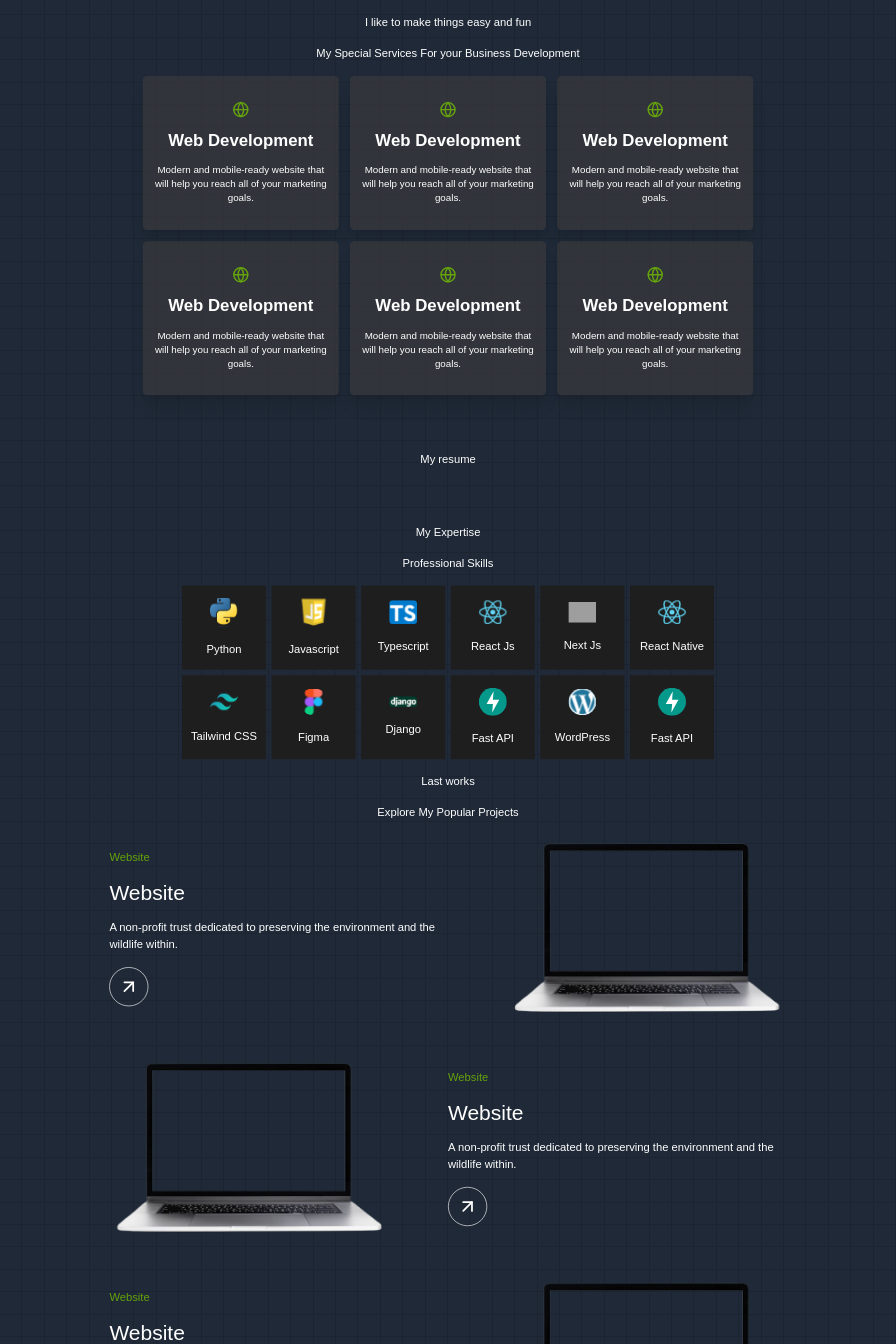
Repository: BrunelDev/portfolioV2
Page: /
The author's editor kept a copy of each file at every save. The page is drawn from the files as they stood at one save, then again after the next save.
The browser window is 1280 px wide. The pictures show the part of the page from y = 1291 to 3211 px (the page is 5012 px tall), at 70% of full size.
Pictures or frames that could not be fetched are drawn as grey boxes. The project was rebuilt for these pictures with package versions that can differ from the ones it lists, and the page was loaded fresh each time. The framework's server and built-in components were replaced by stand-ins that run in the browser. Also part of the build but not shown: next.config.ts.

Above is the page before, as saved 2024-12-06 09:18:01.

### app/layout.tsx
import type { Metadata } from "next";
import localFont from "next/font/local";
import "./globals.css";
import {BackgroundBeams} from "@/components/ui/background-beams"

const geistSans = localFont({
  src: "./fonts/GeistVF.woff",
  variable: "--font-geist-sans",
  weight: "100 900",
});
const geistMono = localFont({
  src: "./fonts/GeistMonoVF.woff",
  variable: "--font-geist-mono",
  weight: "100 900",
});

export const metadata: Metadata = {
  title: "Create Next App",
  description: "Generated by create next app",
};

export default function RootLayout({
  children,
}: Readonly<{
  children: React.ReactNode;
}>) {
  return (
    <html lang="en">
      <body
        className={`${geistSans.variable} ${geistMono.variable} antialiased bg-gray-800 selection:bg-lime-600 text-white dark:bg-grid-white/[0.2] bg-grid-black/[0.2]`}


      >
        {children}
        <BackgroundBeams  />
      </body>
    </html>
  );
}

### app/components/footer.tsx
"use client"
import { ChevronsUp } from "lucide-react";
import Link from "next/link";

export function Footer() {
  const scrollToTop = (event: React.MouseEvent<HTMLAnchorElement>) => {
    event.preventDefault();
    const element = document.getElementById("top");
    if (element) {
      element.scrollIntoView({ behavior: "smooth" });
    }
  };
  return (
    <div className="flex px-20 py-6 justify-between items-center bg-[#252525af] relative">
      <h6>Copyright @2024, Wilson Kinyua. All Rights Reserved</h6>
      <Link
        href={"#top"}
        onClick={(e) => {
          scrollToTop(e);
        }}
      >
        <div className="bg-lime-600 rounded-lg w-[60px] h-[60px] flex justify-center items-center absolute top-0 -translate-y-1/2 left-1/2 -translate-x-1/2">
          <ChevronsUp size={40} />
        </div>
      </Link>

      <ul className="flex space-x-3">
        <li className="hover:text-lime-600 duration-300">
          <a href="#home">Home</a>
        </li>
        <li className="hover:text-lime-600 duration-300">
          <a href="#about">About</a>
        </li>
        <li className="hover:text-lime-600 duration-300">
          <a href="#contact">Contact</a>
        </li>
        <li className="hover:text-lime-600 duration-300">
          <a href="#services">Services</a>
        </li>
        <li className="hover:text-lime-600 duration-300">
          <a href="#blog">Resume</a>
        </li>
        <li className="hover:text-lime-600 duration-300">
          <a href="#login">Skills</a>
        </li>
        <li className="hover:text-lime-600 duration-300">
          <a href="#logout">Projects</a>
        </li>
      </ul>
    </div>
  );
}

### app/components/input.tsx
import { Input } from "@/components/ui/input";
import { Label } from "@/components/ui/label";

export function InputComponent({
  placeholder = "",
  label = "",
  handleChange,
  height = "",
}: {
  placeholder: string;
  label: string;
  handleChange: (value: string) => void;
  height: string;
}) {
  return (
    <div className="grid w-full items-center gap-1.5 ">
      <Label htmlFor="email">{label}</Label>
      <Input
        className={`h-full w-full ${height ? height : ""}`}
        type="email"
        id="email"
        placeholder={placeholder}
        onChange={(e) => {
          handleChange(e.target.value);
        }}
      />
    </div>
  );
}

### app/components/navbar.tsx
import {
  BriefcaseBusiness,
  Contact,
  FileText,
  House,
  Layers,
  PencilRuler,
  UserRoundSearch,
} from "lucide-react";
import { Button } from "@/components/ui/button"
export function Navbar() {
  return (
    <div className="w-[90%] m-auto flex justify-between my-6" id="top">
      <h6>
        <span className="text-lime-600">A</span>HOKPOSSI{" "}
        <span className="text-lime-600">B</span>runel
      </h6>
      <ul className="flex space-x-3">
        <li className="hover:text-lime-600 duration-300">
          <a href="#home">Home</a>
        </li>
        <li className="hover:text-lime-600 duration-300">
          <a href="#about">About</a>
        </li>
        <li className="hover:text-lime-600 duration-300">
          <a href="#contact">Contact</a>
        </li>
        <li className="hover:text-lime-600 duration-300">
          <a href="#services">Services</a>
        </li>
        <li className="hover:text-lime-600 duration-300">
          <a href="#blog">Resume</a>
        </li>
        <li className="hover:text-lime-600 duration-300">
          <a href="#login">Skills</a>
        </li>
        <li className="hover:text-lime-600 duration-300">
          <a href="#logout">Projects</a>
        </li>
      </ul>
      <Button variant="gooeyLeft" className=" bg-lime-600 rounded-md px-4 py-1 hover:bg-lime-900 hover:scale-105 duration-300 h-fit">
        Hire Me
      </Button>
    </div>
  );
}

export function FloatingNavBar() {
  return (
    <div className="w-[250px] md:w-1/3 fixed left-1/2 -translate-x-1/2 bottom-10 bg-[#4d4d4ea1] rounded-lg p-4 flex justify-around">
      <House />
      <UserRoundSearch />
      <Contact />
      <BriefcaseBusiness />
      <FileText />
      <PencilRuler />
      <Layers />
    </div>
  );
}

### app/components/serviceComponent.tsx
import { LucideIcon } from "lucide-react";

export function ServiceComponent({
  icon: Icon,
  title,
  description,
}: {
  icon: LucideIcon;
  title: string;
  description: string;
}) {
  return (
    <div className="flex flex-col space-y-4 p-4 w-[280px] h-[220px] justify-center items-center bg-[#3e3d3d98] rounded-md shadow-xl ">
      <Icon color="#65a30d"/>
      <h2 className="text-2xl font-bold">{title}</h2>
      <p className="text-center text-sm">{description}</p>
    </div>
  );
}

### app/components/skillCard.tsx
import Image from "next/image";

export function SkillCard({
  skill,
}: {
  skill: { image: string; title: string };
}) {
  return (
    <div className="#1E1E1E flex flex-col justify-center items-center w-[120px] h-[120px] space-y-5 bg-[#1E1E1E]">
      <Image src={skill.image} alt={skill.title} width={40} height={50} />
      <h3>{skill.title}</h3>
    </div>
  );
}

### app/components/workSection.tsx
import { ArrowUpRight } from "lucide-react";
import Image from "next/image";

export function WorkSection({
  work,
  reversed,
}: {
  work: { image: string; category: string; title: string; description: string };
  reversed: boolean;
}) {
  return (
    <div
      className={`flex ${
        reversed ? "flex-row-reverse" : "flex-row"
      } justify-between w-full`}
    >
        <Image src={work.image} width={400} height={600} alt="blank PC" />
      <div className="w-1/2 flex flex-col space-y-5 self-center">
        <h6 className="text-lime-600">{work.category}</h6>
        <h1 className="text-3xl">{work.category}</h1>
              <h6>{work.description}</h6>
              <div className="h-14 w-14 flex justify-center items-center rounded-full border hover:animate-pulse duration-75">
        <ArrowUpRight size={30}/>

              </div>
      </div>
    </div>
  );
}

### components/ui/button.tsx
import * as React from "react";
import { Slot, Slottable } from "@radix-ui/react-slot";
import { cva, type VariantProps } from "class-variance-authority";
import { cn } from "@/lib/utils";

const buttonVariants = cva(
  "inline-flex items-center justify-center whitespace-nowrap rounded-md text-sm font-medium ring-offset-background transition-colors focus-visible:outline-none focus-visible:ring-2 focus-visible:ring-ring focus-visible:ring-offset-2 disabled:pointer-events-none disabled:opacity-50",
  {
    variants: {
      variant: {
        default: "bg-primary text-primary-foreground hover:bg-primary/90",
        destructive:
          "bg-destructive text-destructive-foreground hover:bg-destructive/90",
        outline:
          "border border-input bg-background hover:bg-accent hover:text-accent-foreground",
        secondary:
          "bg-secondary text-secondary-foreground hover:bg-secondary/80",
        ghost: "hover:bg-accent hover:text-accent-foreground",
        link: "text-primary underline-offset-4 hover:underline",
        expandIcon:
          "group relative text-primary-foreground bg-primary hover:bg-primary/90",
        ringHover:
          "bg-primary text-primary-foreground transition-all duration-300 hover:bg-primary/90 hover:ring-2 hover:ring-primary/90 hover:ring-offset-2",
        shine:
          "text-primary-foreground animate-shine bg-gradient-to-r from-primary via-primary/75 to-primary bg-[length:400%_100%] ",
        gooeyRight:
          "text-primary-foreground relative bg-primary z-0 overflow-hidden transition-all duration-500 before:absolute before:inset-0 before:-z-10 before:translate-x-[150%] before:translate-y-[150%] before:scale-[2.5] before:rounded-[100%] before:bg-gradient-to-r from-zinc-400 before:transition-transform before:duration-1000  hover:before:translate-x-[0%] hover:before:translate-y-[0%] ",
        gooeyLeft:
          "text-primary-foreground relative bg-primary z-0 overflow-hidden transition-all duration-500 after:absolute after:inset-0 after:-z-10 after:translate-x-[-150%] after:translate-y-[150%] after:scale-[2.5] after:rounded-[100%] after:bg-gradient-to-l from-zinc-400 after:transition-transform after:duration-1000  hover:after:translate-x-[0%] hover:after:translate-y-[0%] ",
        linkHover1:
          "relative after:absolute after:bg-primary after:bottom-2 after:h-[1px] after:w-2/3 after:origin-bottom-left after:scale-x-100 hover:after:origin-bottom-right hover:after:scale-x-0 after:transition-transform after:ease-in-out after:duration-300",
        linkHover2:
          "relative after:absolute after:bg-primary after:bottom-2 after:h-[1px] after:w-2/3 after:origin-bottom-right after:scale-x-0 hover:after:origin-bottom-left hover:after:scale-x-100 after:transition-transform after:ease-in-out after:duration-300",
      },
      size: {
        default: "h-10 px-4 py-2",
        sm: "h-9 rounded-md px-3",
        lg: "h-11 rounded-md px-8",
        icon: "h-10 w-10",
      },
    },
    defaultVariants: {
      variant: "default",
      size: "default",
    },
  }
);

interface IconProps {
  Icon: React.ElementType;
  iconPlacement: "left" | "right";
}

interface IconRefProps {
  Icon?: never;
  iconPlacement?: undefined;
}

export interface ButtonProps
  extends React.ButtonHTMLAttributes<HTMLButtonElement>,
    VariantProps<typeof buttonVariants> {
  asChild?: boolean;
}

export type ButtonIconProps = IconProps | IconRefProps;

const Button = React.forwardRef<
  HTMLButtonElement,
  ButtonProps & ButtonIconProps
>(
  (
    {
      className,
      variant,
      size,
      asChild = false,
      Icon,
      iconPlacement,
      ...props
    },
    ref
  ) => {
    const Comp = asChild ? Slot : "button";
    return (
      <Comp
        className={cn(buttonVariants({ variant, size, className }))}
        ref={ref}
        {...props}
      >
        {Icon && iconPlacement === "left" && (
          <div className="w-0 translate-x-[0%] pr-0 opacity-0 transition-all duration-200 group-hover:w-5 group-hover:translate-x-100 group-hover:pr-2 group-hover:opacity-100">
            <Icon />
          </div>
        )}
        <Slottable>{props.children}</Slottable>
        {Icon && iconPlacement === "right" && (
          <div className="w-0 translate-x-[100%] pl-0 opacity-0 transition-all duration-200 group-hover:w-5 group-hover:translate-x-0 group-hover:pl-2 group-hover:opacity-100">
            <Icon />
          </div>
        )}
      </Comp>
    );
  }
);
Button.displayName = "Button";

export { Button, buttonVariants };

### components/ui/input.tsx
import * as React from "react"

import { cn } from "@/lib/utils"

const Input = React.forwardRef<HTMLInputElement, React.ComponentProps<"input">>(
  ({ className, type, ...props }, ref) => {
    return (
      <input
        type={type}
        className={cn(
          "flex h-9 w-full rounded-md border border-input bg-transparent px-3 py-1 text-base shadow-sm transition-colors file:border-0 file:bg-transparent file:text-sm file:font-medium file:text-foreground placeholder:text-muted-foreground focus-visible:outline-none focus-visible:ring-1 focus-visible:ring-ring disabled:cursor-not-allowed disabled:opacity-50 md:text-sm",
          className
        )}
        ref={ref}
        {...props}
      />
    )
  }
)
Input.displayName = "Input"

export { Input }

### components/ui/label.tsx
"use client"

import * as React from "react"
import * as LabelPrimitive from "@radix-ui/react-label"
import { cva, type VariantProps } from "class-variance-authority"

import { cn } from "@/lib/utils"

const labelVariants = cva(
  "text-sm font-medium leading-none peer-disabled:cursor-not-allowed peer-disabled:opacity-70"
)

const Label = React.forwardRef<
  React.ElementRef<typeof LabelPrimitive.Root>,
  React.ComponentPropsWithoutRef<typeof LabelPrimitive.Root> &
    VariantProps<typeof labelVariants>
>(({ className, ...props }, ref) => (
  <LabelPrimitive.Root
    ref={ref}
    className={cn(labelVariants(), className)}
    {...props}
  />
))
Label.displayName = LabelPrimitive.Root.displayName

export { Label }

### tailwind.config.ts
import type { Config } from "tailwindcss";
const svgToDataUri = require("mini-svg-data-uri");

const {
  default: flattenColorPalette,
} = require("tailwindcss/lib/util/flattenColorPalette");

export default {
  darkMode: ["class"],
  content: [
    "./pages/**/*.{js,ts,jsx,tsx,mdx}",
    "./components/**/*.{js,ts,jsx,tsx,mdx}",
    "./app/**/*.{js,ts,jsx,tsx,mdx}",
  ],
  theme: {
    extend: {
      colors: {
        background: "hsl(var(--background))",
        foreground: "hsl(var(--foreground))",
        card: {
          DEFAULT: "hsl(var(--card))",
          foreground: "hsl(var(--card-foreground))",
        },
        popover: {
          DEFAULT: "hsl(var(--popover))",
          foreground: "hsl(var(--popover-foreground))",
        },
        primary: {
          DEFAULT: "hsl(var(--primary))",
          foreground: "hsl(var(--primary-foreground))",
        },
        secondary: {
          DEFAULT: "hsl(var(--secondary))",
          foreground: "hsl(var(--secondary-foreground))",
        },
        muted: {
          DEFAULT: "hsl(var(--muted))",
          foreground: "hsl(var(--muted-foreground))",
        },
        accent: {
          DEFAULT: "hsl(var(--accent))",
          foreground: "hsl(var(--accent-foreground))",
        },
        destructive: {
          DEFAULT: "hsl(var(--destructive))",
          foreground: "hsl(var(--destructive-foreground))",
        },
        border: "hsl(var(--border))",
        input: "hsl(var(--input))",
        ring: "hsl(var(--ring))",
        chart: {
          "1": "hsl(var(--chart-1))",
          "2": "hsl(var(--chart-2))",
          "3": "hsl(var(--chart-3))",
          "4": "hsl(var(--chart-4))",
          "5": "hsl(var(--chart-5))",
        },
      },
      borderRadius: {
        lg: "var(--radius)",
        md: "calc(var(--radius) - 2px)",
        sm: "calc(var(--radius) - 4px)",
      },
    },
  },
  plugins: [require("tailwindcss-animate"), addVariablesForColors, gridDot],
} satisfies Config;

function addVariablesForColors({ addBase, theme }: any) {
  const allColors = flattenColorPalette(theme("colors"));
  const newVars = Object.fromEntries(
    Object.entries(allColors).map(([key, val]) => [`--${key}`, val])
  );

  addBase({
    ":root": newVars,
  });
}



function gridDot({ matchUtilities, theme }: any) {
	matchUtilities(
	  {
		"bg-grid": (value: any) => ({
		  backgroundImage: `url("${svgToDataUri(
			`<svg xmlns="http://www.w3.org/2000/svg" viewBox="0 0 32 32" width="32" height="32" fill="none" stroke="${value}"><path d="M0 .5H31.5V32"/></svg>`
		  )}")`,
		}),
		"bg-grid-small": (value: any) => ({
		  backgroundImage: `url("${svgToDataUri(
			`<svg xmlns="http://www.w3.org/2000/svg" viewBox="0 0 32 32" width="8" height="8" fill="none" stroke="${value}"><path d="M0 .5H31.5V32"/></svg>`
		  )}")`,
		}),
		"bg-dot": (value: any) => ({
		  backgroundImage: `url("${svgToDataUri(
			`<svg xmlns="http://www.w3.org/2000/svg" viewBox="0 0 32 32" width="16" height="16" fill="none"><circle fill="${value}" id="pattern-circle" cx="10" cy="10" r="1.6257413380501518"></circle></svg>`
		  )}")`,
		}),
	  },
	  { values: flattenColorPalette(theme("backgroundColor")), type: "color" }
	);
  }

Loaded but not shown: app/globals.css (common file); lib/utils.ts (common file); app/page.tsx (341 lines, source omitted); components/ui/background-beams.tsx (141 lines, source omitted)

After the next save:
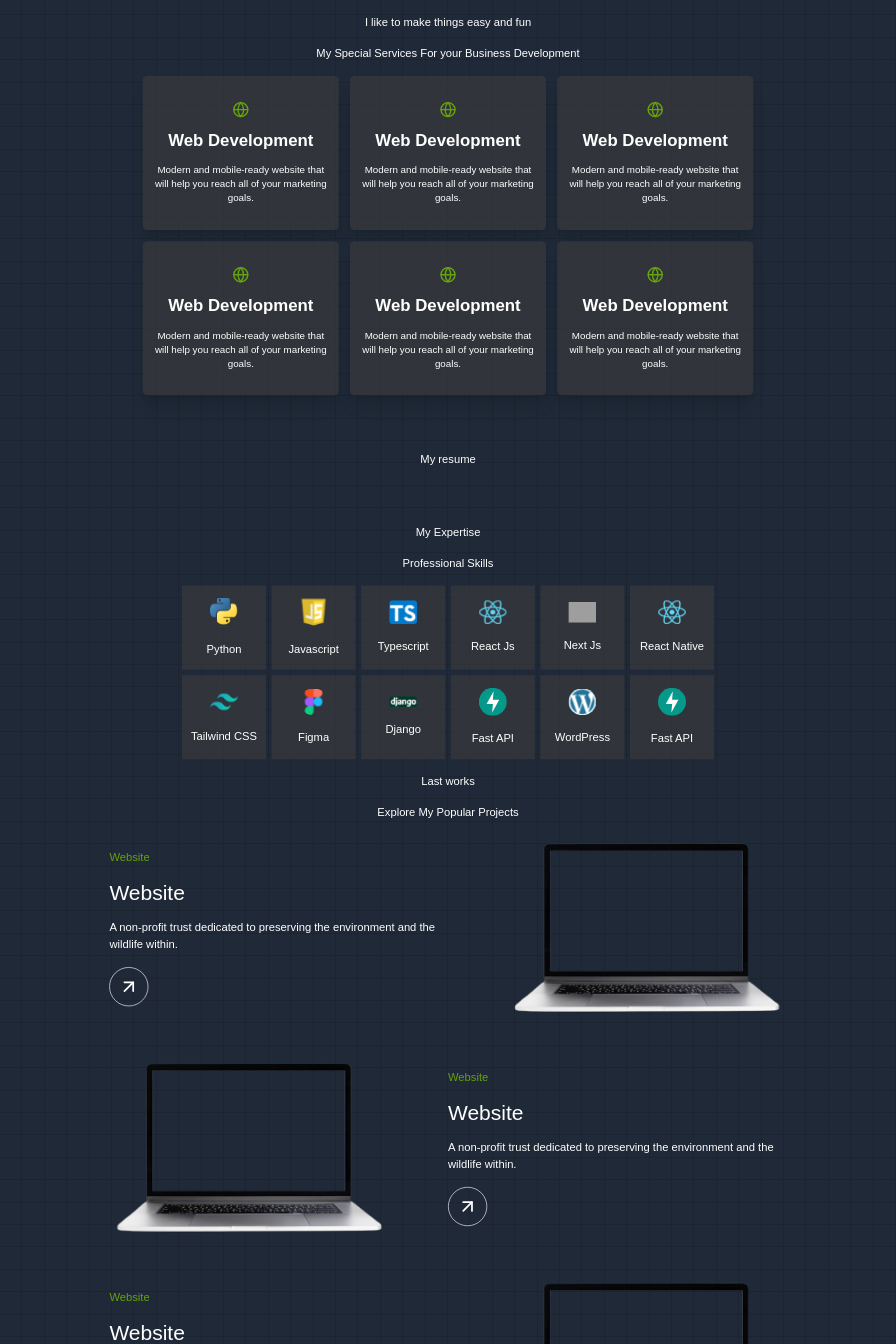
Saved 63 s later.
--- a/app/components/skillCard.tsx
+++ b/app/components/skillCard.tsx
@@ -6,7 +6,7 @@
   skill: { image: string; title: string };
 }) {
   return (
-    <div className="#1E1E1E flex flex-col justify-center items-center w-[120px] h-[120px] space-y-5 bg-[#1E1E1E]">
+    <div className="#1E1E1E flex flex-col justify-center items-center w-[120px] h-[120px] space-y-5 bg-[#3e3d3d98]">
       <Image src={skill.image} alt={skill.title} width={40} height={50} />
       <h3>{skill.title}</h3>
     </div>
